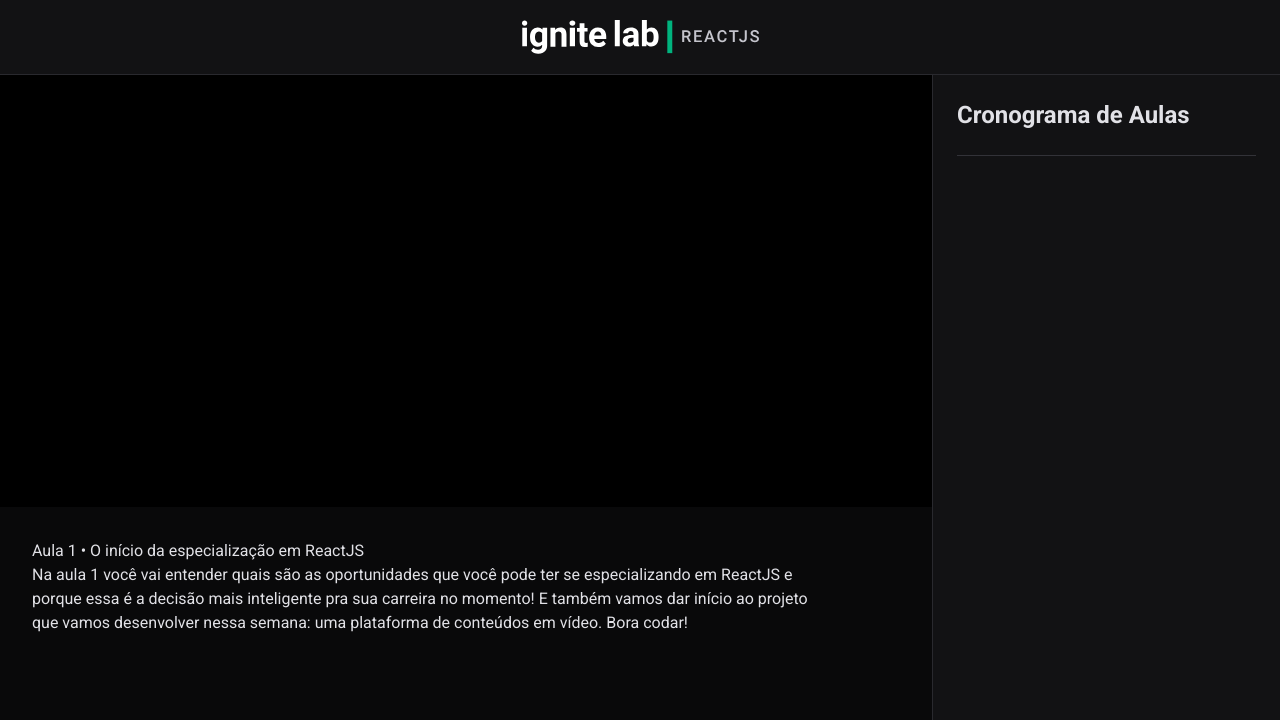
Repository: guilhermecardoso93/ignitelab
Page: /
An editor plug-in stored every save of this project. The page is shown before and after the next save, followed by the edit.
The browser window is 1280 px wide. The pictures show the whole page.
The page's requests for data from a server got no answer. The project was rebuilt for these pictures with package versions that can differ from the ones it lists, and the page was loaded fresh each time. No one was signed in, and anything a server would have sent is missing. Also part of the build but not shown: vite.config.ts, src/components/Lesson/index.tsx.

Above is the page before, as saved 2022-06-23 20:15:07.

After the next save:
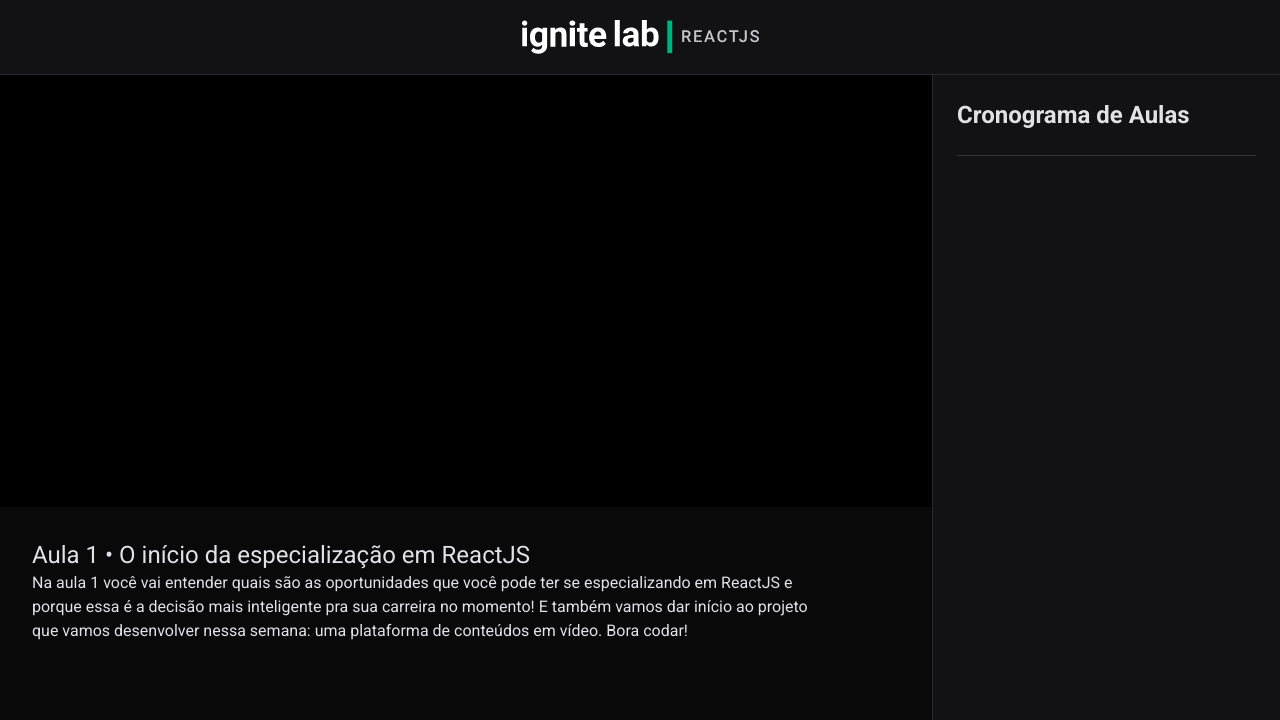
Saved 3 min 51 s later.
--- a/src/components/Video/index.tsx
+++ b/src/components/Video/index.tsx
@@ -7,7 +7,9 @@
       <div className="p-8 max-w-[1100px] mx-auto">
         <div className="flex items-start gap-16">
           <div className="flex-1">
-              <h1>Aula 1 • O início da especialização em ReactJS </h1>
+              <h1 className="text-2xl fot-bold">
+                Aula 1 • O início da especialização em ReactJS
+              </h1>
               <p>
               Na aula 1 você vai entender quais são as oportunidades que você pode ter se especializando em ReactJS e porque essa é a decisão mais inteligente pra sua carreira no momento! E também vamos dar início ao projeto que vamos desenvolver nessa semana: uma plataforma de conteúdos em vídeo. Bora codar!
               </p>
